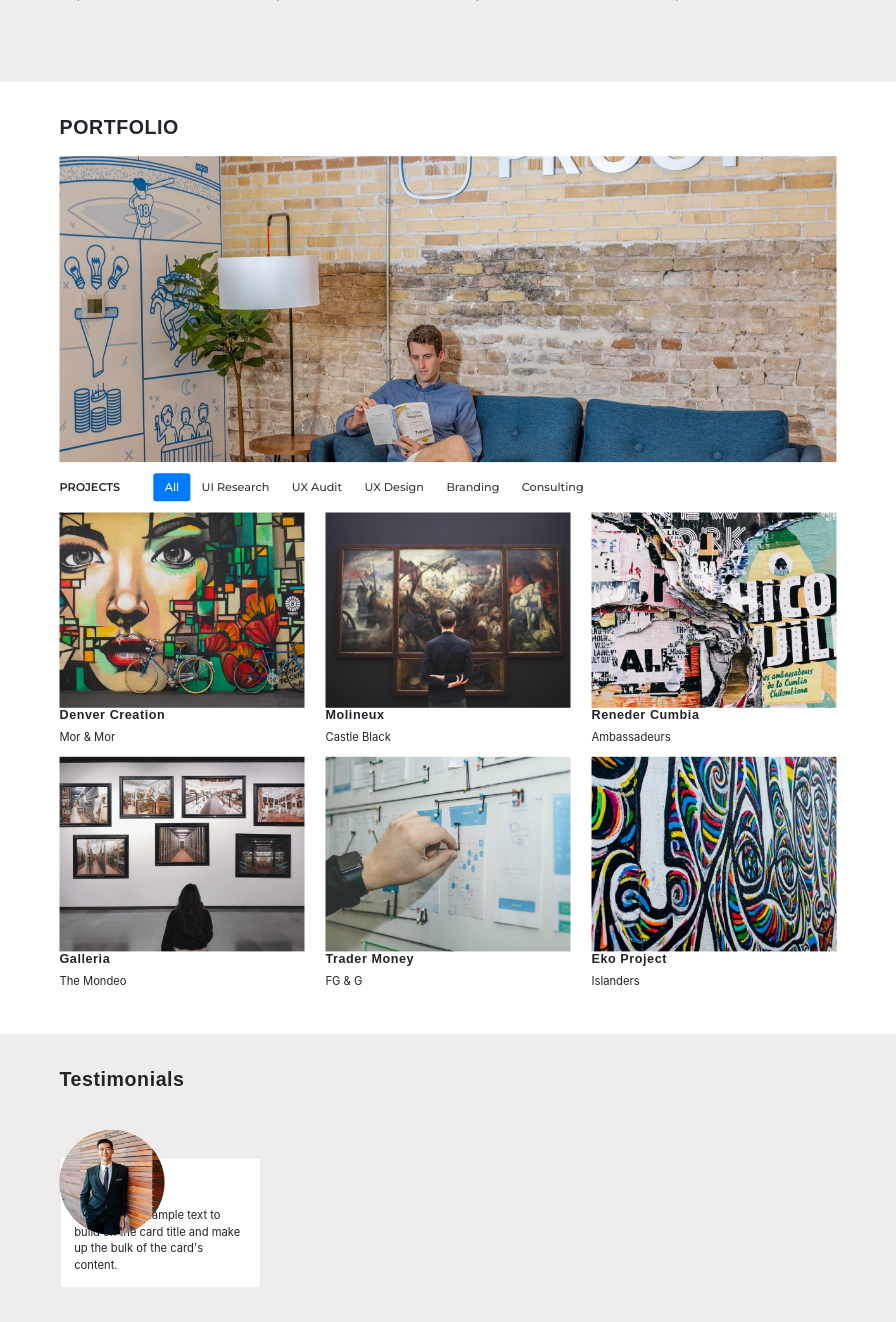
Repository: Syfon01/hng-port
Page: index.html
The author's editor kept a copy of each file at every save. The page is drawn from the files as they stood at one save, then again after the next save.
The browser window is 1280 px wide. The pictures show the part of the page from y = 1783 to 3703 px (the page is 3671 px tall before and 3703 px after), at 70% of full size.
Some web fonts or font styles are not loaded; a fallback is used.

Above is the page before, as saved 2020-06-28 19:28:33.

After the next save:
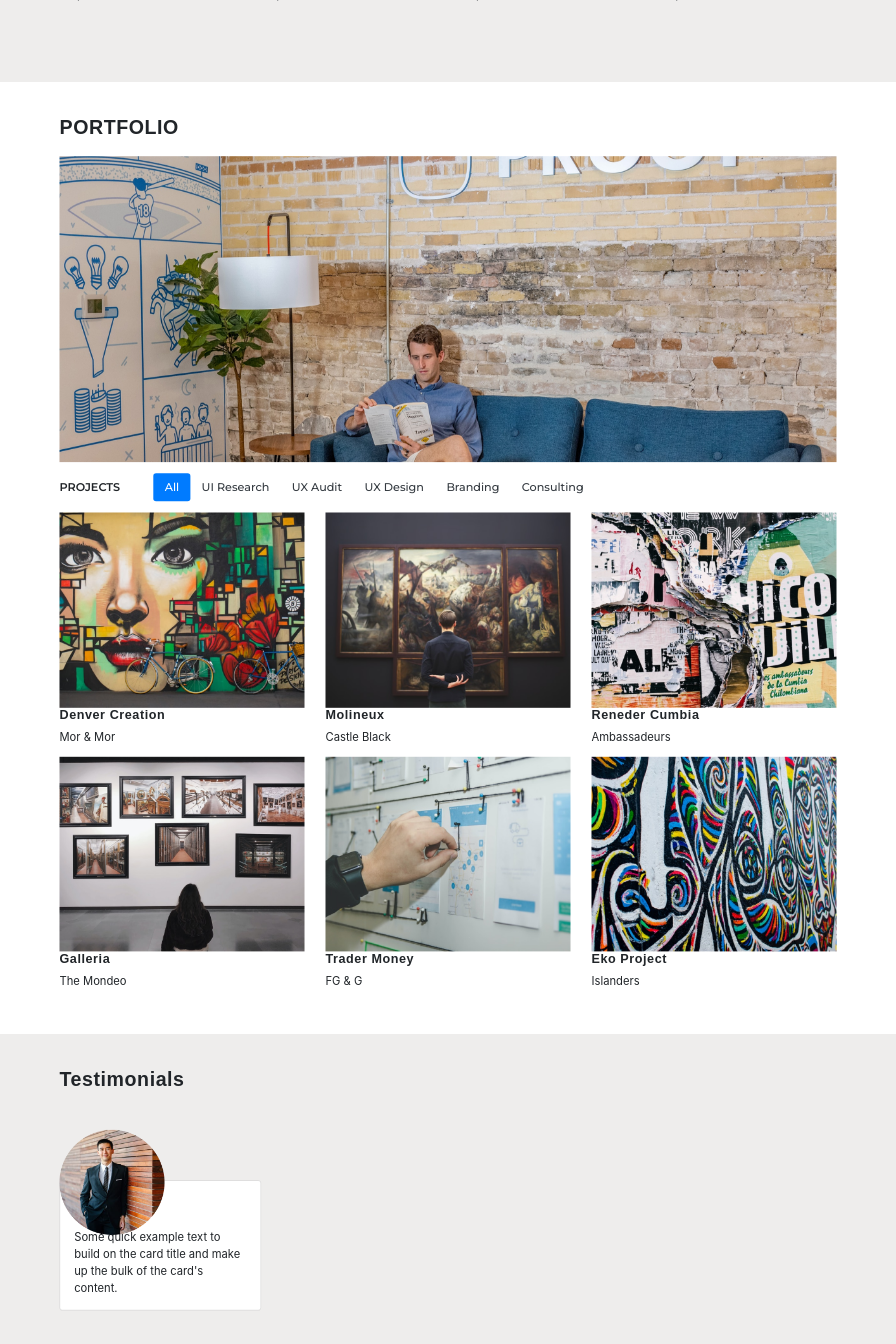
Saved 4 s later.
--- a/index.html
+++ b/index.html
@@ -398,7 +398,7 @@
           <div class="row">
             <div class="col-lg-4">
               <div class="card-section pt-4 mt-5">
-                <div class="card card-dark pt-5 mt-3" style="width: 18rem;">
+                <div class="card card-dark pt-5 mt-5" style="width: 18rem;">
                   <div class="card-body">
                     <p class="card-text">Some quick example text to build on the card title and make up the bulk of the card's content.
                     </p>
